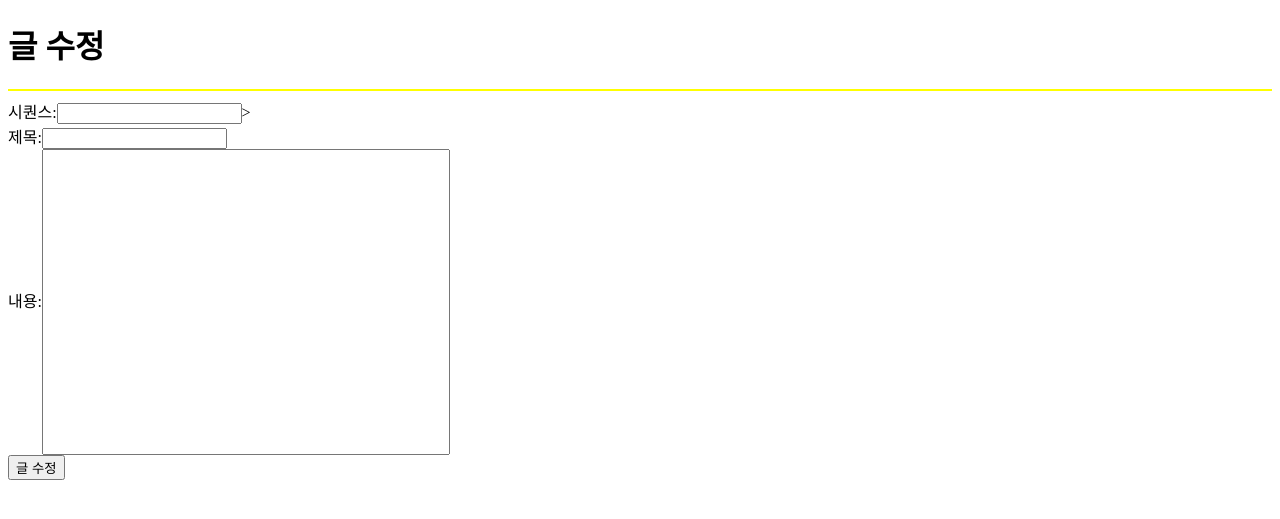
Repository: Yusubin/workEx
Page: spring00/build/classes/web/modifyForm.html
An editor plug-in stored every save of this project. The page is shown before and after the next save, followed by the edit.
The browser window is 1280 px wide. The pictures show the whole page.

Above is the page before, as saved 2022-02-15 01:59:26.

### spring00/build/classes/web/modifyForm.html
<!DOCTYPE html>
<html>
<head>
<meta charset="UTF-8">
<title>Insert title here</title>
</head>
<body>

	<h1>글 수정</h1>
	<hr color="yellow">
	<form action="update.jsp">
	시퀀스:<input type="text" name="idx">><br>
	제목:<input type="text" name="title"><br>
	내용:<input type="text" name="content" style="width:400px; height:300px"><br>
	<button>글 수정</button>
	</form>

</body>
</html>

After the next save:
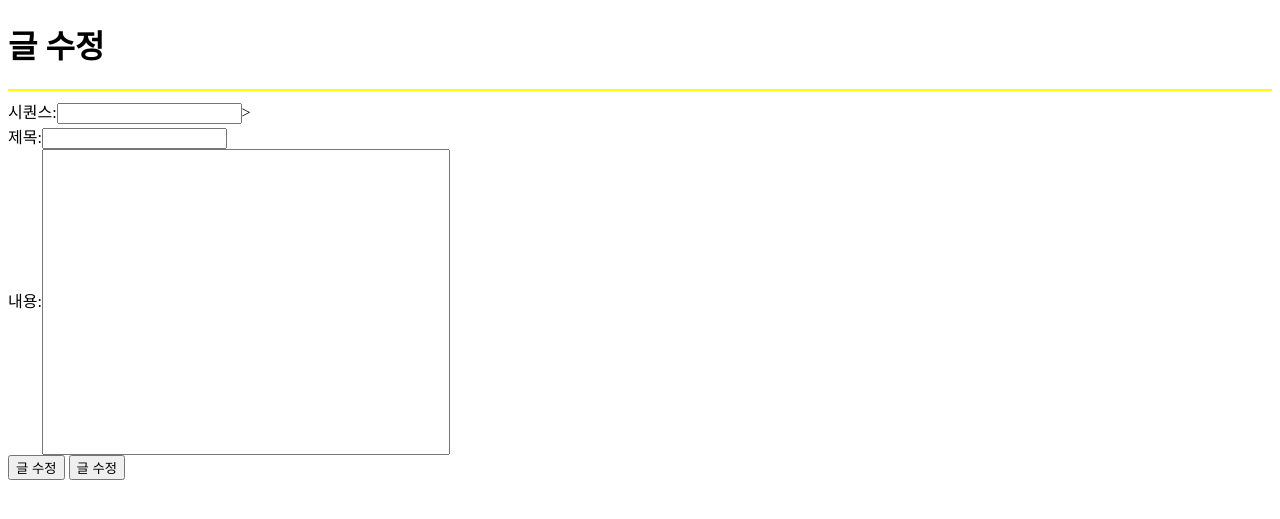
Saved 33 s later.
--- a/spring00/build/classes/web/modifyForm.html
+++ b/spring00/build/classes/web/modifyForm.html
@@ -13,6 +13,7 @@
 	제목:<input type="text" name="title"><br>
 	내용:<input type="text" name="content" style="width:400px; height:300px"><br>
 	<button>글 수정</button>
+	<button>글 수정</button>
 	</form>
 
 </body>
